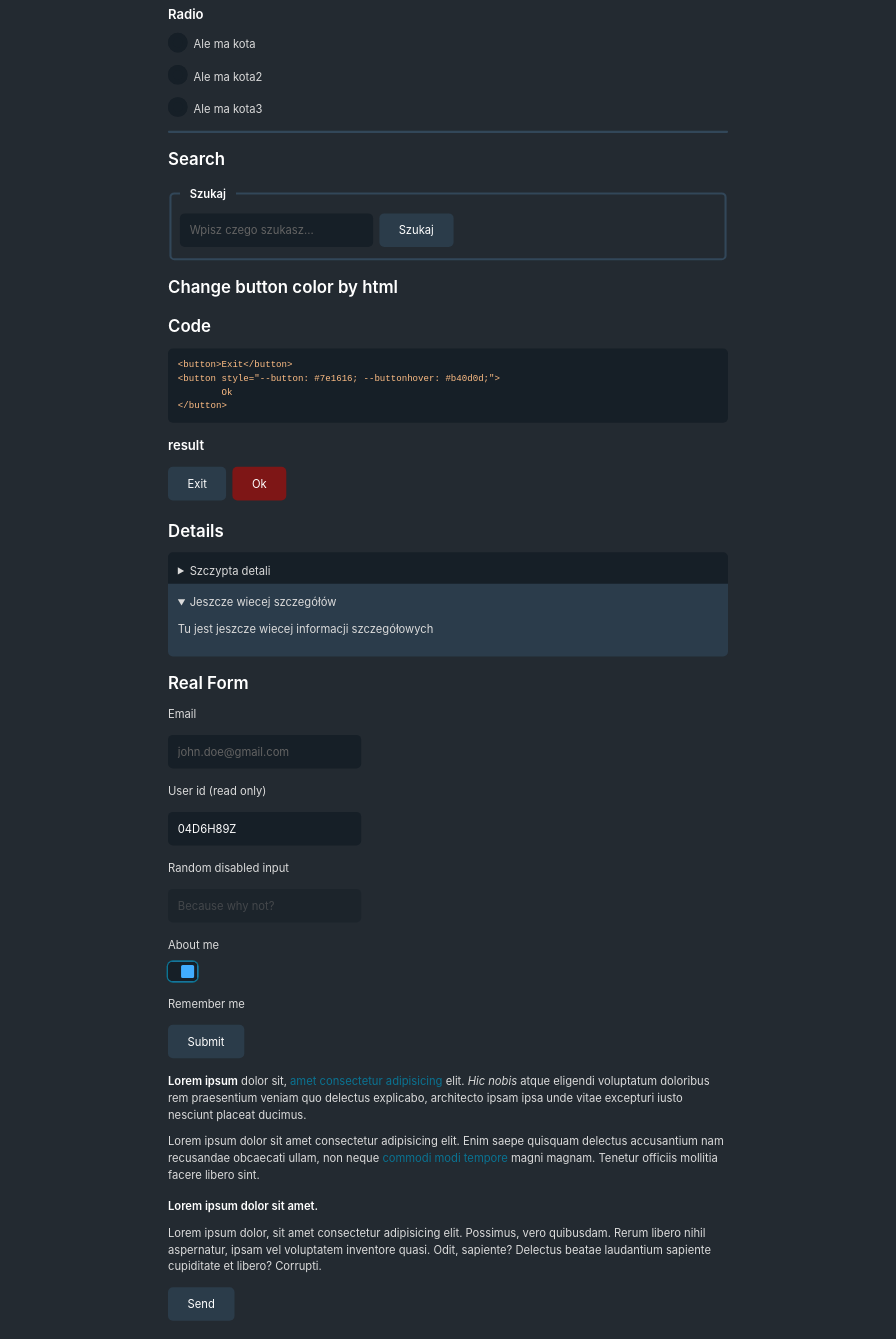
Repository: KozakBartosz/Draft
Page: index.html
An editor plug-in stored every save of this project. The page is shown before and after the next save, followed by the edit.
The browser window is 1280 px wide. The pictures show the part of the page from y = 2737 to 4657 px (the page is 4650 px tall before and 4657 px after), at 70% of full size.

Above is the page before, as saved 2019-04-12 09:06:23.

### index.html
<!DOCTYPE html>
<html lang="en">
	<head>
		<meta charset="UTF-8" />
		<meta name="viewport" content="width=device-width, initial-scale=1.0" />
		<meta http-equiv="X-UA-Compatible" content="ie=edge" />
		<title>Draft.css</title>
		<link rel="stylesheet" href="draft.css" />
	</head>
	<body>
		<h1><input type="checkbox" checked="checked" /> Draft.css</h1>
		<div style="float: right">
			Thema:
			<select name="" id="changethema">
				<option value="0">Defult</option>
				<option value="1">Defult mini</option>
				<option value="2">Light</option>
				<option value="3">Blood</option>
				<option value="4">Matrix</option>
			</select>
		</div>
		<h1>The most simple css framwork</h1>
		<h2>What is draft.css</h2>
		<p>
			Framwork is targeted at quickly creating prototypes of forms and
			simple template. Designed to written html code looked beautiful and
			did not require any class and non-standard elements.
		</p>
		<h2>How use</h2>
		<p>All you have to do is add this code to the head section:</p>

		<pre><code>&lt;link rel="stylesheet" href="https://kozakbartosz.pl/draft/def.css" /&gt;</code></pre>

		<h1>Examples:</h1>

		<h3>Code:</h3>

		<pre><code>&lt;label&gt;<br />&nbsp; &nbsp; Normal text: &lt;input type="text" placeholder="placeholder..." /&gt;<br />&lt;/label&gt;<br />&lt;label&gt;<br />&nbsp; &nbsp; Inpit number: &lt;input type="number" value="1"/&gt;<br />&lt;/label&gt;<br />Data:<br />&lt;p&gt;<br />&nbsp; &nbsp; &lt;input type="date" /&gt;<br />&nbsp; &nbsp; &lt;input type="time" /&gt;<br />&lt;/p&gt;<br />Commodi:<br />&lt;label&gt;<br />&nbsp; &nbsp; &lt;input type="checkbox" /&gt; facilis non?<br />&lt;/label&gt;</code></pre>
		<h3>Result:</h3>
		<label>
			Normal text
			<input type="text" placeholder="placeholder..." />
		</label>
		<label>
			Inpit number
			<input type="number" value="1" />
		</label>
		Data:
		<p>
			<input type="date" />
			<input type="time" />
		</p>
		Commodi:
		<label> <input type="checkbox" /> facilis non? </label>

		<hr />

		<h3>Code:</h3>
		<pre><code>// This logs a message to the console<br />console.log('Hello,world!')</code></pre>

		<h2>Forms</h2>

		<ul>
			<li>Lorem, ipsum dolor.</li>
			<li>Commodi, aut ipsa.</li>
			<li>Dignissimos, quibusdam nobis?</li>
			<li>Quae, in praesentium.</li>
			<li>Aut, facilis non?</li>
		</ul>
		<ol>
			<li>Lorem, ipsum dolor.</li>
			<li>Commodi, aut ipsa.</li>
			<li>Dignissimos, quibusdam nobis?</li>
			<li>Quae, in praesentium.</li>
			<li>Aut, facilis non?</li>
		</ol>
		<textarea
			name="about"
			id="about"
			placeholder="I am a textarea..."
			rows="6"
		></textarea>
		<h2>Lorem ipsum dolor sit amet.</h2>
		<label>
			Normal text
			<input type="text" />
		</label>
		<label>
			Inpit number <input type="number" / value="1">
		</label>
		Data:
		<p>
			<input type="date" />
			<input type="time" />
		</p>
		<label>
			Nazwa:
			<select name="" id="">
				<option value="">Wybierz</option>
				<option value="">jeden</option>
				<option value="">dwa</option>
				<option value="">trzy</option>
			</select>
		</label>

		<table>
			<tr>
				<th>lorem</th>
				<th>lorem</th>
				<th>lorem</th>
			</tr>
			<tr>
				<td>lorem</td>
				<td>lorem</td>
				<td>lorem</td>
			</tr>
			<tr>
				<td>lorem</td>
				<td>lorem</td>
				<td>lorem</td>
			</tr>
		</table>

		<h3>Checkbox</h3>
		<label> <input type="checkbox" /> Ale ma kota </label>

		<label> <input type="checkbox" /> Ale ma kota2 </label>

		<label> <input type="checkbox" /> Ale ma kota3 </label>

		<h3>Radio</h3>
		<label> <input type="radio" name="radio" /> Ale ma kota </label>
		<label> <input type="radio" name="radio" /> Ale ma kota2 </label>
		<label> <input type="radio" name="radio" /> Ale ma kota3 </label>

		<hr />

		<h2>Search</h2>

		<fieldset class="search">
			<legend>Szukaj</legend>
			<form action="produkty,szukaj" method="get">
				<input
					type="text"
					name="q"
					placeholder="Wpisz czego szukasz..."
				/>
				<button>Szukaj</button>
			</form>
		</fieldset>

		<h2>Change button color by html</h2>

		<h2>Code</h2>
		<pre><code>&lt;button&gt;Exit&lt;/button&gt;<br>&lt;button style="--button: #7e1616; --buttonhover: #b40d0d;"&gt;
	Ok<br>&lt;/button&gt;</code></pre>

		<h3>result</h3>
		<button>Exit</button>
		<button style="--button: #7e1616; --buttonhover: #b40d0d;">
			Ok
		</button>

		<h2>Details</h2>

		<details>
			<summary>Szczypta detali</summary>
			<p>Informacje szczegółowe na dany temat.</p>
		</details>

		<details open>
			<summary>Jeszcze wiecej szczegółów</summary>
			<p>Tu jest jeszcze wiecej informacji szczegółowych</p>
		</details>

		<h2>Real Form</h2>

		<form>
			<label for="email">Email</label>
			<input
				type="email"
				name="email"
				id="email"
				placeholder="john.doe@gmail.com"
			/>

			<label for="id">User id (read only)</label>
			<input readonly="" name="id" id="id" value="04D6H89Z" />

			<label for="disabled">Random disabled input</label>
			<input
				disabled=""
				name="disabled"
				id="disabled"
				placeholder="Because why not?"
			/>

			<label for="about">About me</label>

			<input type="checkbox" name="remember" id="remember" checked="" />
			<label for="remember">Remember me</label>

			<input type="submit" />
		</form>

		<p>
			<strong>Lorem ipsum</strong> dolor sit,
			<a href="">amet consectetur adipisicing</a> elit.
			<i>Hic nobis</i> atque eligendi voluptatum doloribus rem praesentium
			veniam quo delectus explicabo, architecto ipsam ipsa unde vitae
			excepturi iusto nesciunt placeat ducimus.
		</p>
		<p>
			Lorem ipsum dolor sit amet consectetur adipisicing elit. Enim saepe
			quisquam delectus accusantium nam recusandae obcaecati ullam, non
			neque <a href="">commodi modi tempore </a>magni magnam. Tenetur
			officiis mollitia facere libero sint.
		</p>
		<h4>Lorem ipsum dolor sit amet.</h4>
		<p>
			Lorem ipsum dolor, sit amet consectetur adipisicing elit. Possimus,
			vero quibusdam. Rerum libero nihil aspernatur, ipsam vel voluptatem
			inventore quasi. Odit, sapiente? Delectus beatae laudantium sapiente
			cupiditate et libero? Corrupti.
		</p>

		<button>Send</button>
		<script>
			var themes = [
				[
					{ brand: "#41adff" },
					{ mainbg: "#232a31" },
					{ mainpaddng: "14px" },
					{ radius: "7px" },

					{ low: "#161f27" },
					{ like: "#2b3c4b" },
					{ midi: "#324759" },
					{ hight: "#0b7392" },

					{ text: "#dbdbdb" },
					{ textContrast: "#fff" },

					{ code: "#ffbe85" },

					{ button: "#2b3c4a" },
					{ buttonhover: "#334a5e" },
					{ buttontext: "#fff" },

					{ fillhover: "#1b2731" }
				],
				[
					{ brand: "#41adff" },
					{ mainbg: "#232a31" },
					{ mainpaddng: "12px" },
					{ radius: "12px" },

					{ low: "#161f27" },
					{ like: "#2b3c4b" },
					{ midi: "#324759" },
					{ hight: "#0b7392" },

					{ text: "#dbdbdb" },
					{ textContrast: "#fff" },

					{ code: "#ffbe85" },

					{ button: "#2b3c4a" },
					{ buttonhover: "#334a5e" },
					{ buttontext: "#fff" },

					{ fillhover: "#1b2731" }
				],
				[
					{ brand: "#41adff" },
					{ mainbg: "#ffffff" },
					{ mainpaddng: "14px" },
					{ radius: "7px" },

					{ low: "#e8f1fa" },
					{ like: "#cfe2f7" },
					{ midi: "#b2cee7" },
					{ hight: "#1db5e4" },

					{ text: "#3f4646" },
					{ textContrast: "#1a1f1f" },

					{ code: "#20595f" },

					{ button: "#3dcca1" },
					{ buttonhover: "#34e0ad" },
					{ buttontext: "#fff" },

					{ fillhover: "#e8f5ff" }
				],
				[
					{ mainpaddng: "18px" },
					{ radius: "3px" },
					{ brand: "#c21a1a" },
					{ mainbg: "#312323" },

					{ code: "#ffbe85" },

					{ text: "#dbdbdb" },
					{ textContrast: "#fff" },

					{ button: "#4a2b2b" },
					{ buttonhover: "#5e3333" },
					{ buttontext: "#fff" },

					{ fillhover: "#311b1b" },

					{ low: "#271616" },
					{ like: "#4b2b2b" },
					{ midi: "#593232" },
					{ hight: "#800f0f" }
				],
				[
					{ mainpaddng: "11px" },
					{ radius: "13px" },
					{ brand: "#1ac260" },
					{ mainbg: "#233126" },

					{ code: "#c0ff85" },

					{ text: "#dbdbdb" },
					{ textContrast: "#fff" },

					{ button: "#324a2b" },
					{ buttonhover: "#385e33" },
					{ buttontext: "#fff" },

					{ fillhover: "#1b3122" },

					{ low: "#162717" },
					{ like: "#2b4b2e" },
					{ midi: "#32593f" },
					{ hight: "#0f803a" }
				]
			];

			let changethema = document.getElementById("changethema");
			let root = document.documentElement;
			changethema.addEventListener("change", e => {
				console.log(e);
				var theme = themes[e.target.value];
				theme.forEach(element => {
					var k = Object.keys(element)[0];
					root.style.setProperty("--" + k, element[k]);
				});
			});
		</script>
	</body>
</html>

### draft.css
/* TO DO */
/* <details> */
:root {
	--brand: #41adff;
	--mainbg: #232a31;
	--mainpaddng: 14px;
	--radius: 7px;

	--low: #161f27;
	--like: #2b3c4b;
	--midi: #324759;
	--hight: #0b7392;

	--text: #dbdbdb;
	--textContrast: #fff;

	--code: #ffbe85;

	--button: #2b3c4a;
	--buttonhover: #334a5e;
	--buttontext: #fff;

	--fillhover: #1b2731;
}
/*
:root {
	--brand: #41adff;
	--mainbg: #ffffff;
	--mainpaddng: 14px;
	--radius: 7px;

	--low: #e8f1fa;
	--like: #cfe2f7;
	--midi: #b2cee7;
	--hight: #1db5e4;

	--text: #3f4646;
	--textContrast: #1a1f1f;

	--code: #20595f;

	--button: #3dcca1;
	--buttonhover: #34e0ad;
	--buttontext: #fff;

	--fillhover: #e8f5ff;
} */

/* :root {
	--mainpaddng: 18px;
	--radius: 3px;
	--brand: #c21a1a;
	--mainbg: #312323;

	--code: #ffbe85;

	--text: #dbdbdb;
	--textContrast: #fff;

	--button: #4a2b2b;
	--buttonhover: #5e3333;
	--buttontext: #fff;

	--fillhover: #311b1b;

	--low: #271616;
	--like: #4b2b2b;
	--midi: #593232;
	--hight: #800f0f;
} */

/* :root {
	--mainpaddng: 11px;
	--radius: 13px;
	--brand: #1ac260;
	--mainbg: #233126;

	--code: #c0ff85;

	--text: #dbdbdb;
	--textContrast: #fff;

	--button: #324a2b;
	--buttonhover: #385e33;
	--buttontext: #fff;

	--fillhover: #1b3122;

	--low: #162717;
	--like: #2b4b2e;
	--midi: #32593f;
	--hight: #0f803a;
} */
body {
	font-family: -apple-system, BlinkMacSystemFont, "Segoe UI", "Roboto",
		"Oxygen", "Ubuntu", "Cantarell", "Fira Sans", "Droid Sans",
		"Helvetica Neue", sans-serif;
	line-height: 1.5;
	max-width: 800px;
	margin: 20px auto;
	padding: 0 var(--mainpaddng);
	color: var(--text);
	background: var(--mainbg);
	text-rendering: optimizeLegibility;
}

label {
	display: block;
}
a,
a:active,
button,
button:active,
input,
input:active,
textarea,
details,
summary,
th,
td {
	outline: none;
	box-shadow: none;
	transition: background-color 0.2s ease, box-shadow 0.2s ease,
		transform 0.2s ease;
}
h1 {
	font-size: 2.2em;
	margin-top: 0;
}
h1,
h2,
h3,
h4,
h5,
h6 {
	margin-bottom: 12px;
}
h1,
h2,
h3,
h4,
h5,
h6,
strong {
	color: var(--textContrast);
	font-weight: 600;
}
button,
input[type="submit"],
input[type="button"],
input[type="checkbox"],
input[type="radio"] {
	cursor: pointer;
	display: inline-block;
}

input,
select,
button,
textarea {
	/* display: block; */
	color: var(--textContrast);
	background-color: var(--low);
	font-family: inherit;
	font-size: inherit;
	margin: 4px 4px 6px 0;
	padding: var(--mainpaddng);
	border: none;
	border-radius: var(--radius);
	outline: none;
	-webkit-appearance: none;
	vertical-align: middle;
}
input[type="number"] {
	max-width: calc(var(--mainpaddng) * 5);
}

button:hover,
input:hover,
select:hover,
textarea:hover,
textarea:hover {
	background-color: var(--fillhover);
}

label > input,
label > select {
	display: block;
}

textarea {
	margin-right: 0;
	width: 100%;
	box-sizing: border-box;
	resize: vertical;
}
button,
input[type="submit"],
input[type="button"] {
	color: var(--buttontext);
	background-color: var(--button);
	padding: var(--mainpaddng) calc(var(--mainpaddng) * 2);
}

select {
	padding-right: calc(var(--mainpaddng) * 3);
	background: var(--low)
		url("data:[embedded picture, 198 characters]")
		100% 50%/27px 7px no-repeat;
}

input:focus,
select:focus,
button:focus,
textarea:focus {
	background-color: var(--fillhover);
	box-shadow: 0 0 0 2px var(--hight);
}

button:focus,
input[type="submit"]:focus,
input[type="button"]:focus {
	background-color: var(--buttonhover);
}

button:hover,
input[type="submit"]:hover,
input[type="button"]:hover {
	background-color: var(--buttonhover);
	box-shadow: 0 5px 20px -5px rgba(0, 0, 0, 0.35), 0 3px 0 0 var(--button);
	transform: translateY(-3px);
}
button:active {
	transform: translateY(0px);
	box-shadow: 0 5px 20px -5px rgba(0, 0, 0, 0.35);
}

input:disabled {
	cursor: not-allowed;
	opacity: 0.5;
}

input[type="radio"],
input[type="checkbox"] {
	margin-top: -2px;
	transition: background-color 0.25s ease,
		box-shadow 0.25s cubic-bezier(0.53, 1.59, 0.51, 1);
}
input[type="checkbox"] {
	background-color: var(--like);
	width: calc(var(--mainpaddng) * 3);
	box-shadow: calc(var(--mainpaddng) * -1) 0 0 calc(var(--mainpaddng) / 3)
			var(--low) inset,
		0 0 0 calc(var(--mainpaddng) / 3) var(--low) inset;
}
input[type="checkbox"]:hover,
input[type="radio"]:hover {
	background-color: var(--midi);
}
input[type="checkbox"]:focus {
	box-shadow: calc(var(--mainpaddng) * -1) 0 0 calc(var(--mainpaddng) / 3)
			var(--low) inset,
		0 0 0 calc(var(--mainpaddng) / 3) var(--low) inset,
		0 0 0 2px var(--hight);
}

input[type="radio"] {
	border-radius: 100%;
	box-shadow: 0 0 0 calc(var(--mainpaddng) / 2) var(--low) inset;
}
input[type="checkbox"]:checked,
input[type="radio"]:checked {
	box-shadow: 0 0 0 calc(var(--mainpaddng) / 3) var(--low) inset,
		0 0 0 2px var(--hight), 0 0 0 1px var(--low);
	background-color: var(--brand);
}

input[type="checkbox"]:checked {
	box-shadow: var(--mainpaddng) 0 0 calc(var(--mainpaddng) / 3) var(--low)
			inset,
		0 0 0 calc(var(--mainpaddng) / 3) var(--low) inset,
		0 0 0 2px var(--hight);
}

::placeholder {
	color: #636363;
}
a {
	text-decoration: none;
	color: var(--hight);
}
a:hover {
	text-decoration: underline;
	color: var(--brand);
}
ul,
ol,
label,
code,
p {
	margin: var(--mainpaddng) 0;
}

code,
kbd {
	background: var(--low);
	color: var(--code);
	padding: var(--mainpaddng);
	border-radius: var(--radius);
}
/* pre {
	margin: 0 calc(var(--mainpaddng) * -1);
} */
pre > code {
	display: block;
	overflow-x: auto;
}
img {
	max-width: 100%;
}
hr {
	margin: var(--mainpaddng) 0;
	border: none;
	height: 3px;
	border-radius: calc(var(--radius) / 6);
	background: var(--midi);
}
fieldset {
	border: 3px solid var(--midi);
	border-radius: var(--radius);
}
fieldset > legend {
	font-weight: 600;
	color: var(--textContrast);
	padding: calc(var(--mainpaddng) / 2) calc(var(--mainpaddng));
}

details {
	padding: var(--mainpaddng);
	border-radius: var(--radius);
	background: var(--low);
}
details + details {
	margin-top: calc(var(--radius) * -1);
	border-top: var(--radius) solid var(--low);
	border-top: none;
	border-radius: 0 0 var(--radius) var(--radius);
}
details[open],
details:hover:not([open]) {
	background: var(--like);
}
details summary {
	cursor: pointer;
	margin: calc(var(--mainpaddng) * -1);
	padding: var(--mainpaddng);
}

table {
	/* border-collapse: collapse; */
	margin: var(--mainpaddng) -2px;
	border-radius: calc(var(--radius) + 4px);
	width: calc(100% + 4px);
	overflow: hidden;
	border-spacing: 2px;
}
td,
th {
	padding: var(--mainpaddng);
	background: var(--low);
}
th {
	color: var(--textContrast);
}
tr:hover td,
tr:hover th {
	background-color: var(--fillhover);
}

After the next save:
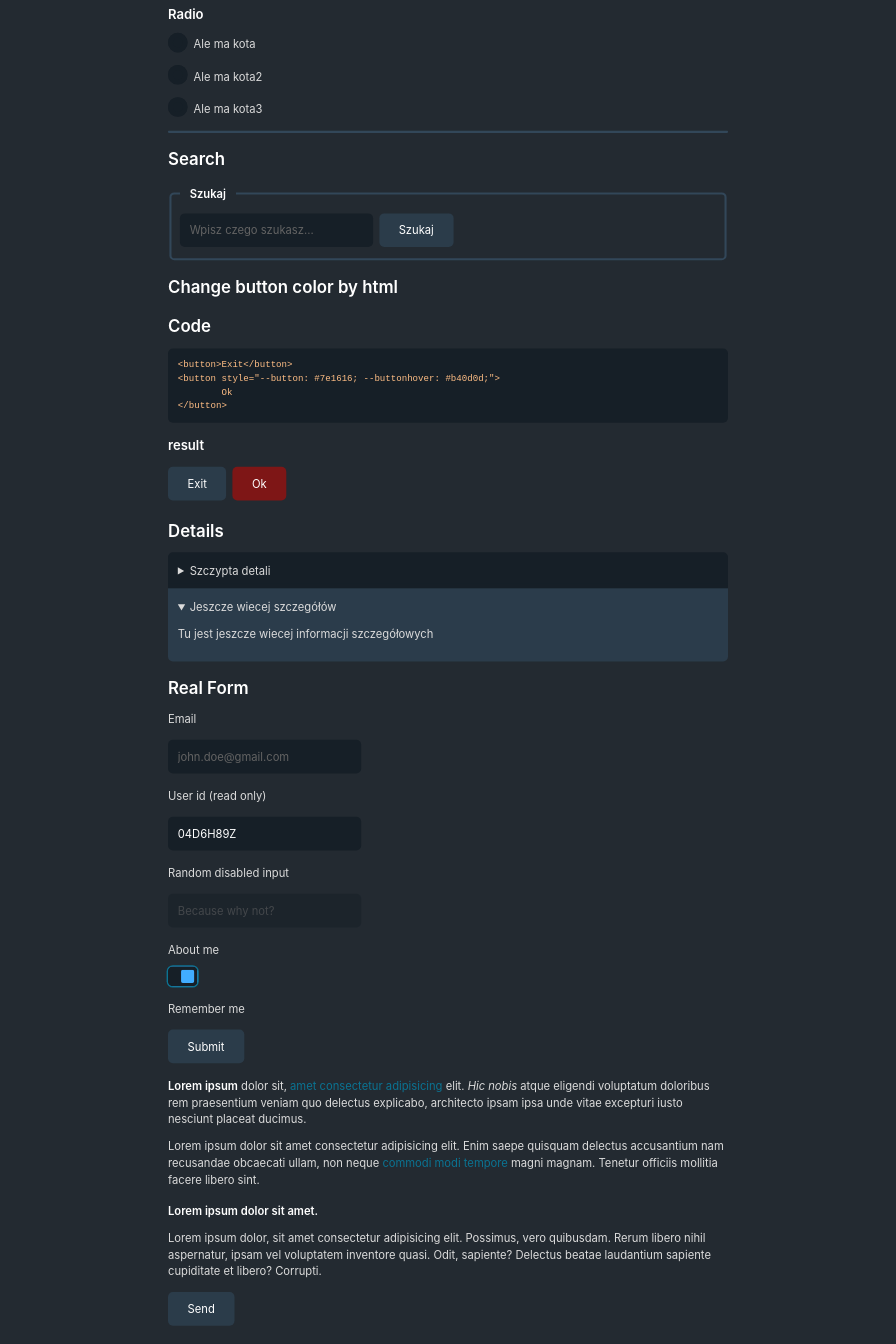
Saved 52 s later.
--- a/draft.css
+++ b/draft.css
@@ -343,7 +343,6 @@ details {
 details + details {
 	margin-top: calc(var(--radius) * -1);
 	border-top: var(--radius) solid var(--low);
-	border-top: none;
 	border-radius: 0 0 var(--radius) var(--radius);
 }
 details[open],
